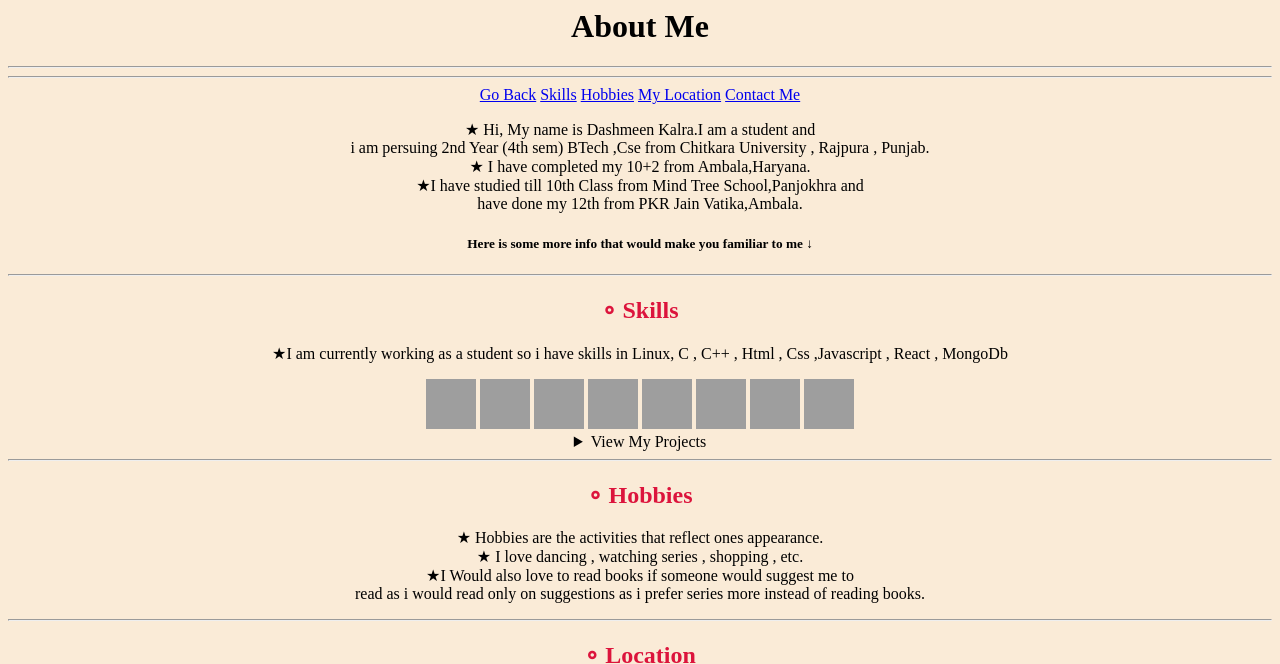
Repository: dashmeenkalra/dashmeen_kalra
Page: first.html
These files come from the project's save history. The page is drawn as it stood at one moment and after the next save; the edit follows.
The browser window is 1280 px wide. The pictures show the part of the page from y = 0 to 664 px (the page is 1207 px tall before and 1182 px after).
Pictures or frames that could not be fetched are drawn as grey boxes.

Above is the page before, as saved 2023-02-22 20:33:05.

After the next save:
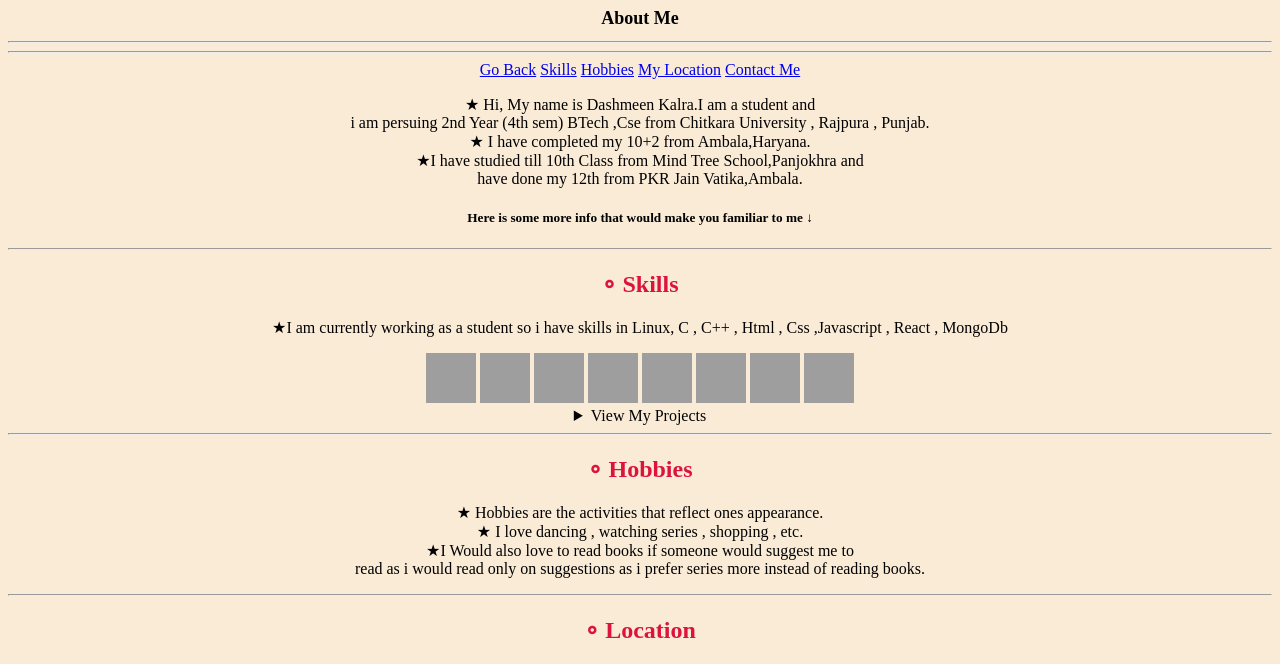
Saved 6 s later.
--- a/first.html
+++ b/first.html
@@ -9,7 +9,7 @@
         <header>
         <header id ="header">
         <center>
-        <h1 style="font-size: ;"> About Me </h1><hr/><hr/>
+        <h1 style="font-size: large;"> About Me </h1><hr/><hr/>
         <a href ="profile.html" >Go Back</a>
         <a href="#skills" >Skills</a>
         <a href="#hobbies" >Hobbies</a>

After the save that followed:
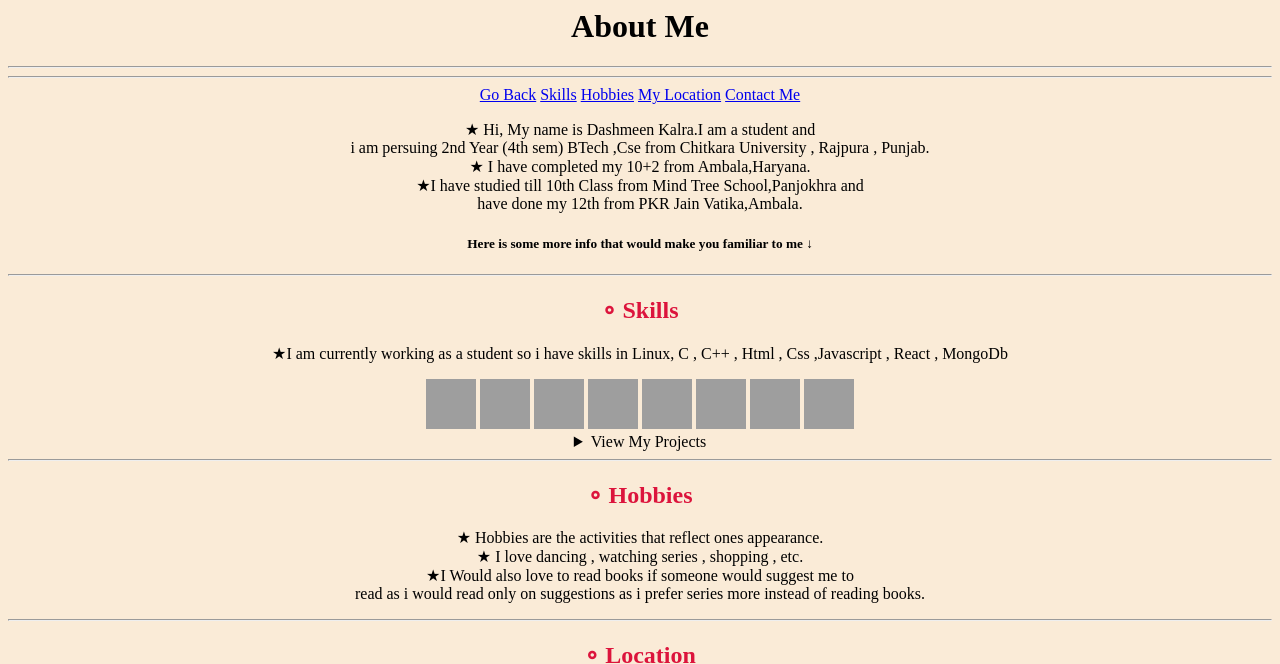
Saved 15 s later.
--- a/first.html
+++ b/first.html
@@ -9,7 +9,7 @@
         <header>
         <header id ="header">
         <center>
-        <h1 style="font-size: large;"> About Me </h1><hr/><hr/>
+        <h1> About Me </h1><hr/><hr/>
         <a href ="profile.html" >Go Back</a>
         <a href="#skills" >Skills</a>
         <a href="#hobbies" >Hobbies</a>
